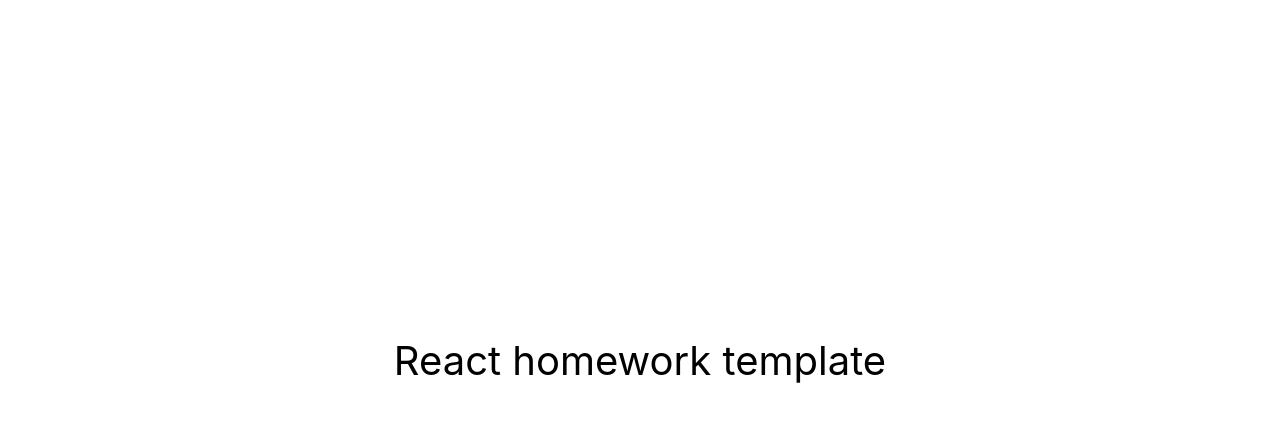
Repository: MagdalenaTyminska/goit-react-hw-01-components
Page: /
These files come from the project's save history. The page is drawn as it stood at one moment and after a run of saves; the edit follows.
The browser window is 1280 px wide. The pictures show the whole page.
The project was rebuilt for these pictures with package versions that can differ from the ones it lists, and the page was loaded fresh each time.

Above is the page before, as saved 2023-01-28 17:22:24.

### src/components/App.jsx
import user from './1.SocialMediaProfile/user.json';
import { Profile } from './1.SocialMediaProfile/Profile';

export const App = () => {
  return (
    <div
      style={{
        height: '100vh',
        display: 'flex',
        justifyContent: 'center',
        alignItems: 'center',
        fontSize: 40,
        color: '#010101',
      }}
    >
      React homework template
    </div>
  );
};

### src/index.css
@import-normalize; /* bring in normalize.css styles */

*,
*::before,
*::after {
  box-sizing: border-box;
  margin: 0;
  padding: 0;
  text-decoration: none;
  list-style: none;
}

body {
  font-family: -apple-system, BlinkMacSystemFont, 'Segoe UI', 'Roboto', 'Oxygen',
    'Ubuntu', 'Cantarell', 'Fira Sans', 'Droid Sans', 'Helvetica Neue',
    sans-serif;
  -webkit-font-smoothing: antialiased;
  -moz-osx-font-smoothing: grayscale;
  margin-left: auto;
  margin-right: auto;
  width: 100%;
}

code {
  font-family: source-code-pro, Menlo, Monaco, Consolas, 'Courier New',
    monospace;
}

### src/components/1.SocialMediaProfile/Profile.js
import css from './Profile.module.css';
import PropTypes from 'prop-types';

// Profile.propTypes = {
//   username: PropTypes.string.isRequired,
//   tag: PropTypes.string.isRequired,
//   location: PropTypes.string.isRequired,
//   avatar: PropTypes.string.isRequired,
//   stats: PropTypes.object.isRequired,
// };

### src/components/1.SocialMediaProfile/Profile.module.css
@import-normalize;

body {
  background-color: FFECFF;
  display: flex;
  justify-content: center;
  align-items: center;
}

Loaded but not shown: public/index.html (common file); src/index.js (common file); src/components/1.SocialMediaProfile/user.json (common file)

After the next 2 saves:
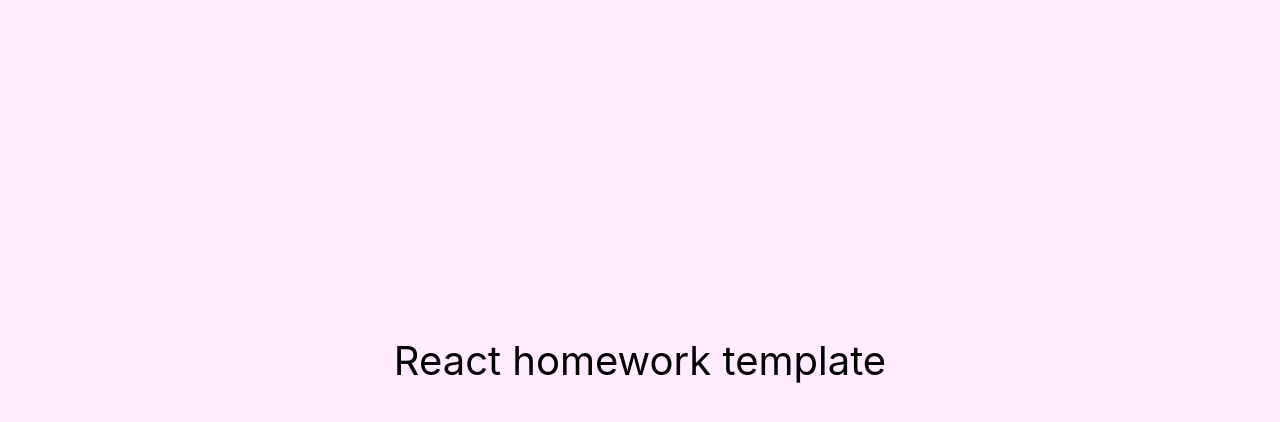
The 2 saves are shown as one change because they came seconds apart.
The last was saved 20 s later.
--- a/src/components/1.SocialMediaProfile/Profile.module.css
+++ b/src/components/1.SocialMediaProfile/Profile.module.css
@@ -1,7 +1,7 @@
 @import-normalize;
 
 body {
-  background-color: FFECFF;
+  background-color: #ffecff;
   display: flex;
   justify-content: center;
   align-items: center;
